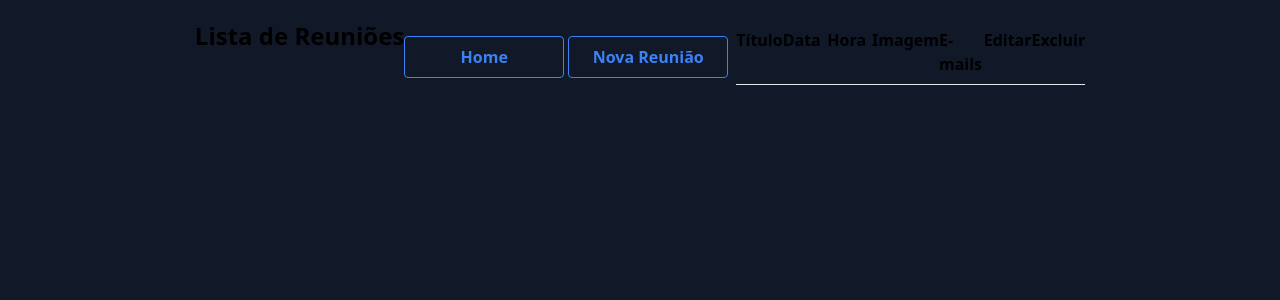
Repository: TamiBeira/meeting
Page: /meetings
These files come from the project's save history. The page is drawn as it stood at one moment and after the next save; the edit follows.
The browser window is 1280 px wide. The pictures show the whole page.
The project was rebuilt for these pictures with package versions that can differ from the ones it lists, and the page was loaded fresh each time. Also part of the build but not shown: vite.config.ts, src/contexts/FormContext.tsx, src/components/Form.tsx, src/components/HomePage.tsx.

Above is the page before, as saved 2024-02-27 00:15:24.

After the next save:
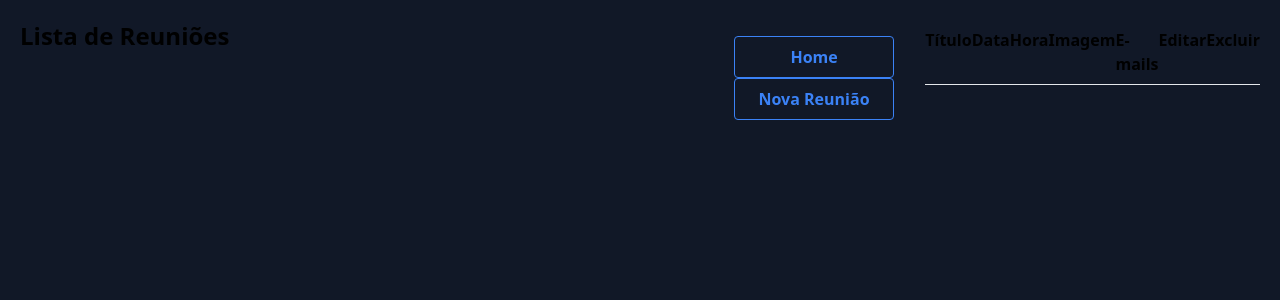
Saved 12 s later.
--- a/src/components/MeetingsView.tsx
+++ b/src/components/MeetingsView.tsx
@@ -29,7 +29,7 @@ export const MeetingsView: React.FC = () => {
 
   return (
     <div className="mx-auto bg-gray-900 w-full h-screen p-5 flex justify-center">
-      <h2 className="text-2xl font-bold mb-4">Lista de Reuniões</h2>
+      <h2 className="text-2xl font-bold mb-4 w-full">Lista de Reuniões</h2>
       <div className="mt-4 mb-4">
         <Link to="/" className="w-40 mr-1 inline-block text-center border border-solid border-blue-500 text-blue-500 font-bold px-4 py-2 rounded">Home</Link>
         <Link to="/form" className="w-40 inline-block text-center border border-solid border-blue-500 text-blue-500 font-bold mr-2 px-4 py-2 rounded">Nova Reunião</Link>
